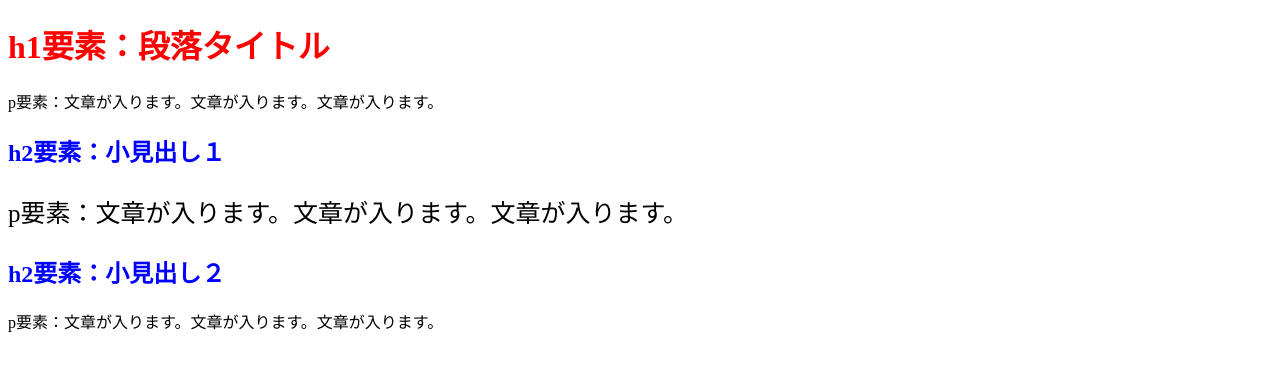
Repository: komikomi650/samurai_HTML-CSS
Page: samurai1/index.html
The author's editor kept a record of every edit. The page is drawn from the files as they stood at one moment, then again after the next edit.
The browser window is 1280 px wide. The pictures show the whole page.

Above is the page before.

### samurai1/index.html
<!DOCTYPE html>
<html lang="en">
<head>
    <meta charset="UTF-8">
    <title>HTML/CSSの学習</title>
    <!-- stylesheet.cssの読み込み-->
    <link rel="stylesheet" href="stylesheet.css">
    <style>
        .red {
            color: red;
        }
        .blue {
            color: blue;
        }
    </style>
</head>
<body>
    <h1 class="red">h1要素：段落タイトル</h1>
    <p>p要素：文章が入ります。文章が入ります。文章が入ります。</p>
    <h2 class="blue">h2要素：小見出し１</h2>
    <p class="fs-25">p要素：文章が入ります。文章が入ります。文章が入ります。</p>
    <h2 class="blue">h2要素：小見出し２</h2>
    <p style="fw-bold;">p要素：文章が入ります。文章が入ります。文章が入ります。</p>
</body>
</html>

### samurai1/stylesheet.css
@charset "utf-8";

#red {
    color: red;
}
.blue {
    color: blue;
}
.fs-25 {
    font-size: 25px;
}
.fw-bold {
    font-weight: bold;
}

After the next edit:
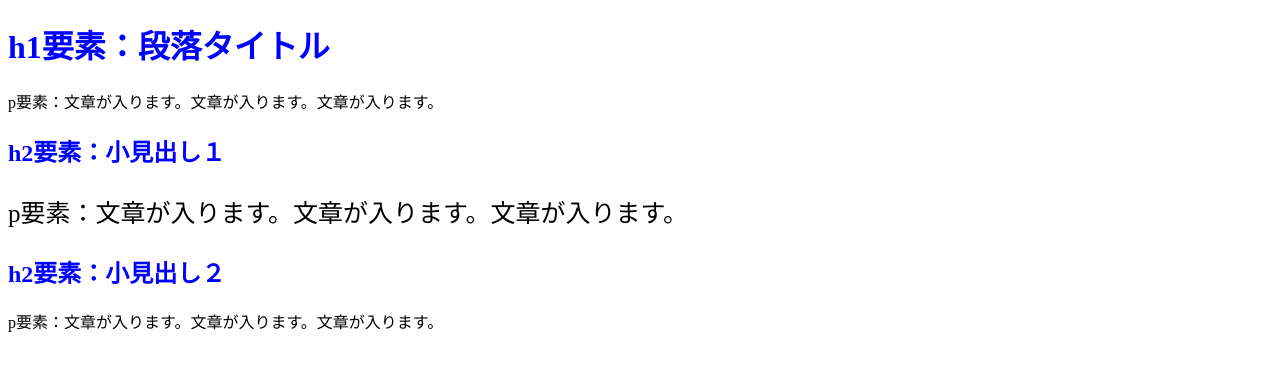
The edit:
--- a/samurai1/index.html
+++ b/samurai1/index.html
@@ -15,7 +15,7 @@
     </style>
 </head>
 <body>
-    <h1 class="red">h1要素：段落タイトル</h1>
+    <h1 class="blue">h1要素：段落タイトル</h1>
     <p>p要素：文章が入ります。文章が入ります。文章が入ります。</p>
     <h2 class="blue">h2要素：小見出し１</h2>
     <p class="fs-25">p要素：文章が入ります。文章が入ります。文章が入ります。</p>
